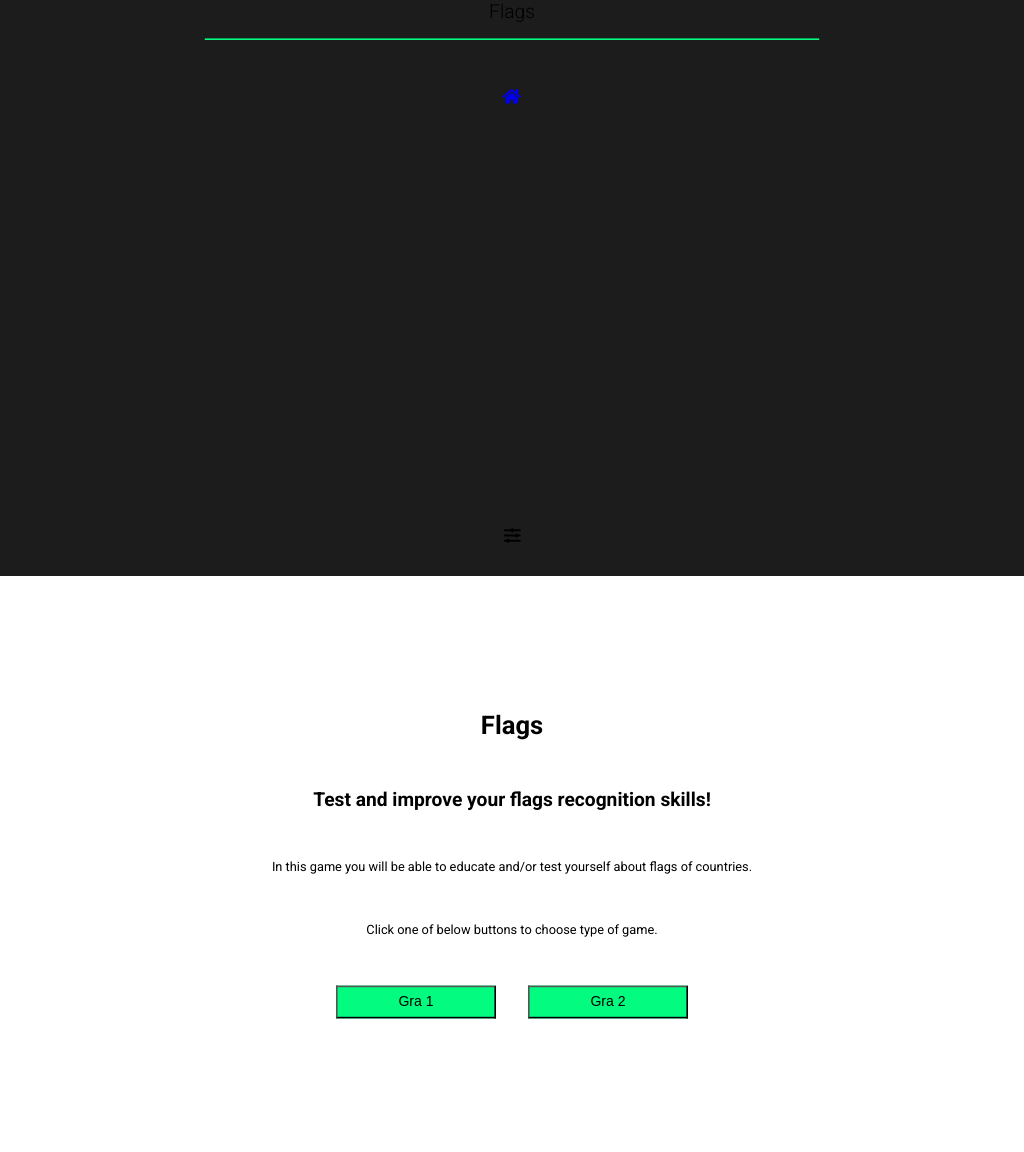
Repository: RXBVK/Flags
Page: /
The author's editor kept a copy of each file at every save. The page is drawn from the files as they stood at one save, then again after the next save.
The browser window is 1280 px wide. The pictures show the whole page, at 80% of full size.
The project was rebuilt for these pictures with package versions that can differ from the ones it lists, and the page was loaded fresh each time.

Above is the page before, as saved 2021-06-29 16:30:09.

### public/index.html
<!DOCTYPE html>
<html lang="en">

<head>
  <meta charset="utf-8" />
  <link rel="icon" href="%PUBLIC_URL%/favicon.ico" />
  <meta name="viewport" content="width=device-width, initial-scale=1" />
  <meta name="theme-color" content="#000000" />
  <meta name="description" content="Web site created using create-react-app" />
  <link rel="apple-touch-icon" href="%PUBLIC_URL%/logo192.png" />
  <!--
      manifest.json provides metadata used when your web app is installed on a
      user's mobile device or desktop. See https://developers.google.com/web/fundamentals/web-app-manifest/
    -->
  <link rel="manifest" href="%PUBLIC_URL%/manifest.json" />
  <link rel="preconnect" href="https://fonts.googleapis.com">
  <link rel="preconnect" href="https://fonts.gstatic.com" crossorigin>
  <link href="https://fonts.googleapis.com/css2?family=Roboto:wght@100;300;400;500;700;900&display=swap"
    rel="stylesheet">
  <!--
      Notice the use of %PUBLIC_URL% in the tags above.
      It will be replaced with the URL of the `public` folder during the build.
      Only files inside the `public` folder can be referenced from the HTML.

      Unlike "/favicon.ico" or "favicon.ico", "%PUBLIC_URL%/favicon.ico" will
      work correctly both with client-side routing and a non-root public URL.
      Learn how to configure a non-root public URL by running `npm run build`.
    -->
  <title>Learn Countries Flags</title>
</head>

<body>
  <noscript>You need to enable JavaScript to run this app.</noscript>
  <div id="root"></div>
  <!--
      This HTML file is a template.
      If you open it directly in the browser, you will see an empty page.

      You can add webfonts, meta tags, or analytics to this file.
      The build step will place the bundled scripts into the <body> tag.

      To begin the development, run `npm start` or `yarn start`.
      To create a production bundle, use `npm run build` or `yarn build`.
    -->
</body>

</html>

### src/App.js
import Navigation from "./components/Navigation/Navigation";
import { BrowserRouter as Router } from "react-router-dom";

function App() {
  return (
    <>
      <Router>
        <Navigation />
      </Router>
    </>
  );
}

export default App;

### src/components/Navigation/Navigation.js
import React, { useState } from "react";
import { Switch, Route, NavLink } from "react-router-dom";
import { faHome, faSlidersH } from "@fortawesome/free-solid-svg-icons";
import { FontAwesomeIcon } from "@fortawesome/react-fontawesome";
import Divider from "../../utils/Divider";
import Home from "../Home/Home";
import "./Navigation.css";

export default function Navigation() {
  return (
    <>
      <div className="navigation">
        <logo className="navigation__logo">Flags</logo>
        <Divider width={60} height={3} />
        <div className="navigation__menu">
          <NavLink exact to="/">
            <FontAwesomeIcon icon={faHome} />
          </NavLink>
        </div>
        <FontAwesomeIcon icon={faSlidersH} />
      </div>
      <Switch>
        <Route exact path="/">
          <Home />
        </Route>
        {/* <Route>
                        <NotFound />
                    </Route> */}
      </Switch>
    </>
  );
}

### src/utils/Divider.js
import React from "react";

export default function Divider(props) {
  return (
    <div
      style={{
        width: `${props.width}%`,
        height: `${props.height}px`,
        backgroundColor: "#03fc80",
      }}
    ></div>
  );
}

### src/components/Home/Home.js
import React from "react";

export default function Home() {
  return (
    <div className="container">
      <h1>Flags</h1>
      <h2>Test and improve your flags recognition skills!</h2>
      <p>
        In this game you will be able to educate and/or test yourself about
        flags of countries.
      </p>
      <p>Click one of below buttons to choose type of game.</p>
      <div>
        <button className="button--basic">Gra 1</button>
        <button className="button--basic">Gra 2</button>
      </div>
    </div>
  );
}

### src/components/Navigation/Navigation.css
.container {
  position: relative;
  display: -webkit-box;
  display: -ms-flexbox;
  display: flex;
  -webkit-box-orient: vertical;
  -webkit-box-direction: normal;
      -ms-flex-direction: column;
          flex-direction: column;
  -webkit-box-pack: center;
      -ms-flex-pack: center;
          justify-content: center;
  -webkit-box-align: center;
      -ms-flex-align: center;
          align-items: center;
  text-align: center;
  width: 100%;
  height: 100vh;
  overflow-y: auto;
}

.button {
  border: none;
  border-radius: 25px;
  cursor: pointer;
  -webkit-transition: all 200ms linear;
  transition: all 200ms linear;
}

.button--basic {
  min-width: 200px;
  min-height: 35px;
  background-color: #03fc80;
  font-size: 1.1em;
  margin: 0 20px;
  padding: 8px 30px;
}

.button--basic:hover {
  -webkit-filter: brightness(80%);
          filter: brightness(80%);
}

.button--answer {
  min-width: 250px;
  min-height: 40px;
  font-size: 1em;
  padding: 8px 30px;
  background-color: transparent;
  color: white;
  border: 2px solid #03fc80;
}

.button--answer:hover {
  background-color: #03fc80;
  color: black;
}

.button--light-border {
  border: 1px solid #03fc80;
  border-radius: 0;
  padding: 10px 40px;
}

.button--light-border:hover {
  background-color: #03fc80;
  color: black;
}

.game__container {
  display: -webkit-box;
  display: -ms-flexbox;
  display: flex;
  -webkit-box-orient: vertical;
  -webkit-box-direction: normal;
      -ms-flex-direction: column;
          flex-direction: column;
  -webkit-box-align: center;
      -ms-flex-align: center;
          align-items: center;
  -webkit-box-pack: center;
      -ms-flex-pack: center;
          justify-content: center;
  height: 100%;
  width: 100%;
}

.answers {
  display: -ms-grid;
  display: grid;
  margin: 60px 0 20px 0;
}

@media (max-width: 1000px) {
  .answers {
    -ms-grid-columns: (1fr)[1];
        grid-template-columns: repeat(1, 1fr);
    gap: 25px 0;
    width: 95%;
  }
}

@media (min-width: 1001px) {
  .answers {
    -ms-grid-columns: (1fr)[2];
        grid-template-columns: repeat(2, 1fr);
    gap: 25px 20px;
  }
}

::-webkit-scrollbar {
  width: 10px;
}

/* Track */
::-webkit-scrollbar-track {
  background: #1c1c1c;
}

/* Handle */
::-webkit-scrollbar-thumb {
  background: #2f2f2f;
  border-radius: 10px;
}

/* Handle on hover */
::-webkit-scrollbar-thumb:hover {
  background: #393939;
}

.game__score,
.game__time {
  position: absolute;
  bottom: 30px;
}

.game__score {
  left: 30px;
}

.game__time {
  right: 30px;
}

@media (min-width: 1001px) {
  .container > * {
    margin: 30px 0;
  }
}

.navigation {
  min-width: 150px;
  height: 100vh;
  background-color: #1c1c1c;
  display: -webkit-box;
  display: -ms-flexbox;
  display: flex;
  -webkit-box-orient: vertical;
  -webkit-box-direction: normal;
      -ms-flex-direction: column;
          flex-direction: column;
  -webkit-box-align: center;
      -ms-flex-align: center;
          align-items: center;
  overflow-y: auto;
}

.navigation > * {
  margin: 20px 0;
}

.navigation > :first-child {
  margin-top: 20px;
}

.navigation > :last-child {
  margin-bottom: 40px;
}

.navigation .navigation__logo {
  font-size: 1.5em;
  position: relative;
  font-weight: 300;
  margin: 0;
}

.navigation .navigation__menu {
  display: -webkit-box;
  display: -ms-flexbox;
  display: flex;
  -webkit-box-orient: vertical;
  -webkit-box-direction: normal;
      -ms-flex-direction: column;
          flex-direction: column;
  -webkit-box-align: center;
      -ms-flex-align: center;
          align-items: center;
  height: 100%;
}

.navigation .navigation__menu > * {
  margin: 20px 0;
}

.navigation svg {
  font-size: 1.3em;
  cursor: pointer;
}

@media (max-width: 1000px) {
  .navigation {
    display: none;
  }
}
/*# sourceMappingURL=Navigation.css.map */

Loaded but not shown: src/index.js (common file); src/index.css (common file); src/reportWebVitals.js (common file)

After the next save:
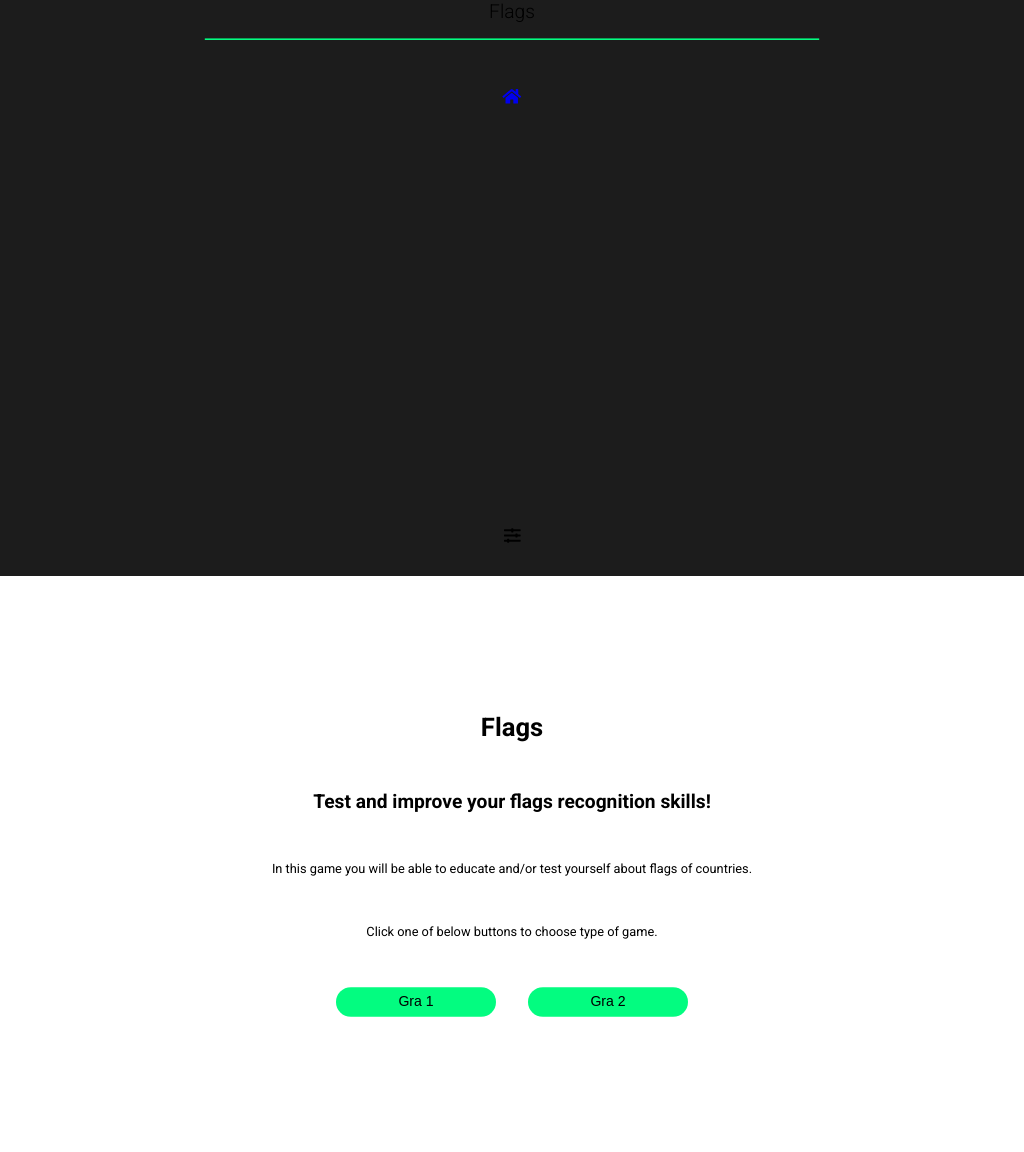
Saved 17 s later.
--- a/src/components/Home/Home.js
+++ b/src/components/Home/Home.js
@@ -11,8 +11,8 @@ export default function Home() {
       </p>
       <p>Click one of below buttons to choose type of game.</p>
       <div>
-        <button className="button--basic">Gra 1</button>
-        <button className="button--basic">Gra 2</button>
+        <button className="button button--basic">Gra 1</button>
+        <button className="button button--basic">Gra 2</button>
       </div>
     </div>
   );
